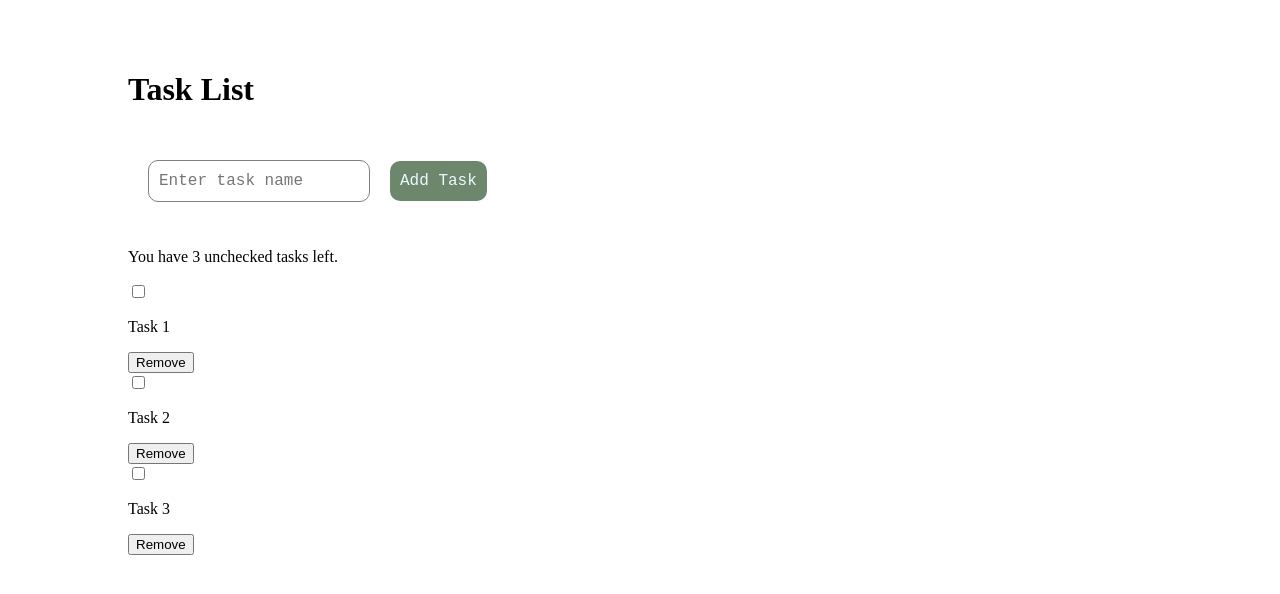
Repository: SandyLy453/task-list
Page: /
These files come from the project's save history. The page is drawn as it stood at one moment and after the next save; the edit follows.
The browser window is 1280 px wide. The pictures show the whole page.
The project was rebuilt for these pictures with package versions that can differ from the ones it lists, and the page was loaded fresh each time. Also part of the build but not shown: vite.config.js.

Above is the page before, as saved 2024-10-11 15:21:57.

After the next save:
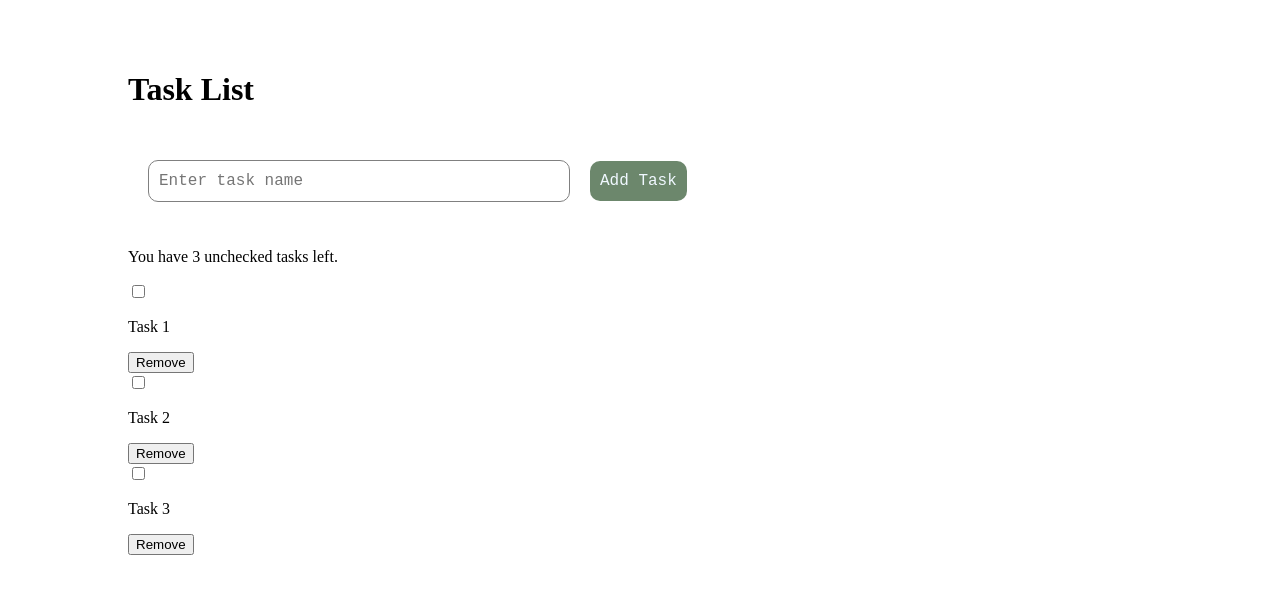
Saved 7 s later.
--- a/src/index.css
+++ b/src/index.css
@@ -9,7 +9,7 @@
 
 .input {
   height: 20px;
-  width: 200px;
+  width: 400px;
   padding: 10px;
   font-size: 16px;
   font-family: monospace;
